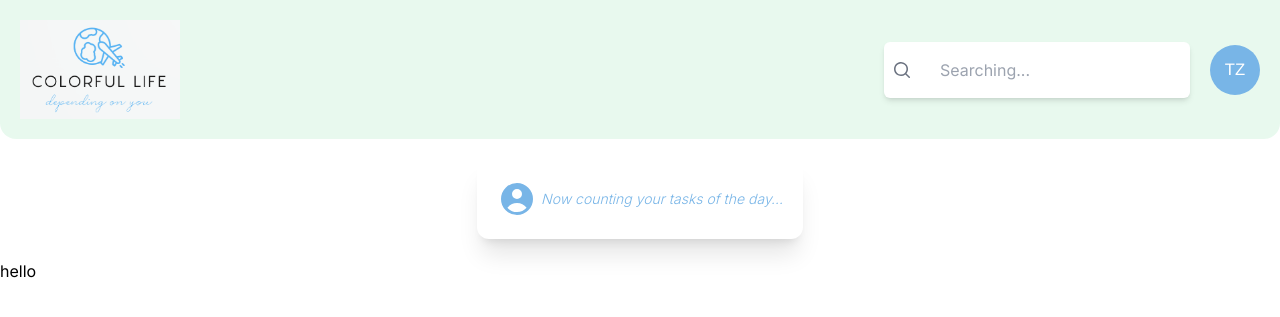
Repository: Tracy-maker/Kban
Page: /
An editor plug-in stored every save of this project. The page is shown before and after the next save, followed by the edit.
The browser window is 1280 px wide. The pictures show the whole page.
The project was rebuilt for these pictures with package versions that can differ from the ones it lists, and the page was loaded fresh each time. The framework's server and built-in components were replaced by stand-ins that run in the browser. Also part of the build but not shown: next.config.js.

Above is the page before, as saved 2023-08-23 18:25:11.

### app/layout.tsx
import './globals.css'
import type { Metadata } from 'next'
import { Inter } from 'next/font/google'

const inter = Inter({ subsets: ['latin'] })

export const metadata: Metadata = {
  title: 'Kanban Board',
  description: 'Generated by the Yix',
}

export default function RootLayout({
  children,
}: {
  children: React.ReactNode
}) {
  return (
    <html lang="en">
      <body className={inter.className}>{children}</body>
    </html>
  )
}

### app/page.tsx
import Header from "@/components/Header/Header";



export default function Home() {
  return (
    <main>

      <Header />
      <h1>hello</h1>
    </main>
  );
}

### components/Header/Header.tsx
"use client";
import React from "react";
import Image from "next/image";
import p1 from "@/components/assets/ad.png";
import { MagnifyingGlassIcon, UserCircleIcon } from "@heroicons/react/20/solid";
import Avatar from "react-avatar";

function Header() {
  return (
    <header>
      <div className="flex flex-col md:flex-row items-center p-5 bg-green-500/10 rounded-b-2xl">
        <Image
          className="w-40 md:w-50 pb-10 md:pb-0 object-contain"
          src={p1}
          alt="kanBan Logo"
          width={300}
          height={100}
        />
        <div className="flex items-center space-x-5 flex-1 justify-end w-full">
          <form className="flex items-center space-x-5 bg-white rounded-md p-2 shadow-md flex-1 md:flex-initial">
            <MagnifyingGlassIcon className="w-5 h-5 text-gray-500" />
            <input
              type="text"
              placeholder="Searching..."
              className="flex-1 outline-none p-2"
            />
            <button type="submit" hidden>
              Search
            </button>
          </form>
          <Avatar name="Tracy Z" round size="50" color="#78b5e7" />
        </div>
      </div>
      <div className="flex items-center justify-center px-5 py-2 md:py-5">
        <p className="flex items-center p-5 text-sm font-light pr-5 shadow-xl rounded-xl w-fit bg-white italic max-w-3xl text-[#78b5e7]">
          <UserCircleIcon className="inline-block h-10 w-10 text-[#78b5e7] mr-1"/>
          Now counting your tasks of the day...
        </p>
      </div>
    </header>
  );
}

export default Header;

Loaded but not shown: app/globals.css (common file); tailwind.config.ts (common file)

After the next save:
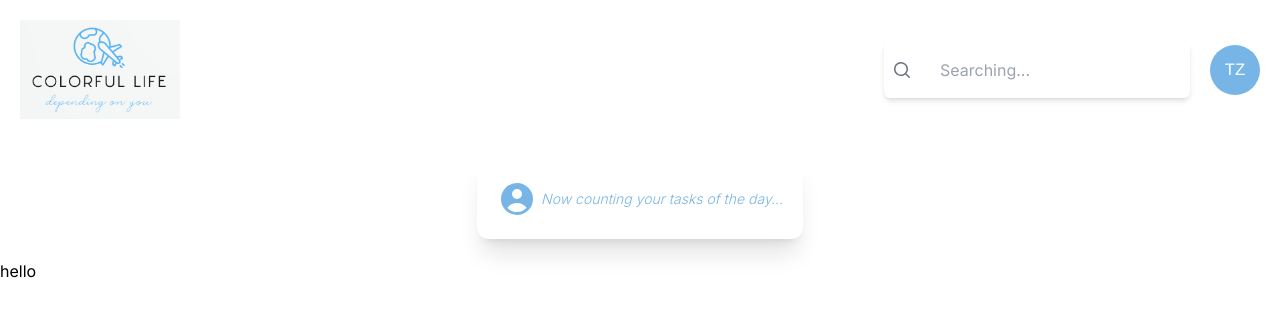
Saved 60 s later.
--- a/components/Header/Header.tsx
+++ b/components/Header/Header.tsx
@@ -8,7 +8,7 @@
 function Header() {
   return (
     <header>
-      <div className="flex flex-col md:flex-row items-center p-5 bg-green-500/10 rounded-b-2xl">
+      <div className="flex flex-col md:flex-row items-center p-5 bg-grey-500/10 rounded-b-2xl">
         <Image
           className="w-40 md:w-50 pb-10 md:pb-0 object-contain"
           src={p1}

After the 2 saves that followed:
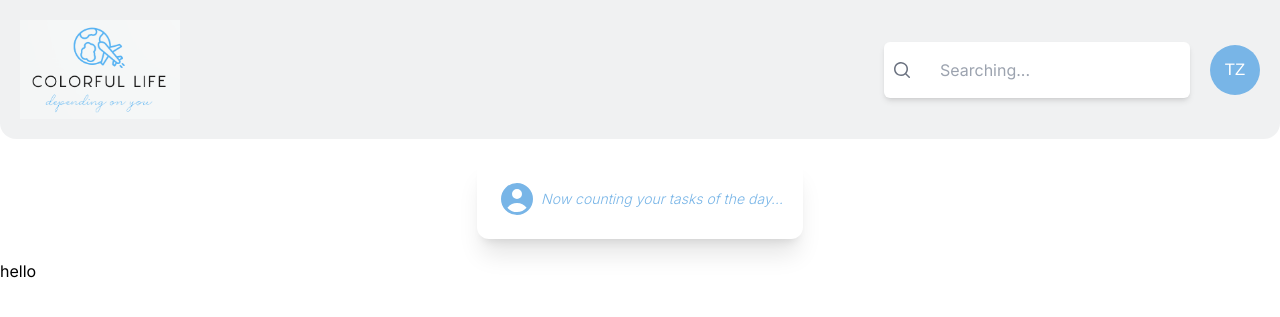
The 2 saves are shown as one change because 1 left the picture as it was.
The last was saved 10 s later.
--- a/components/Header/Header.tsx
+++ b/components/Header/Header.tsx
@@ -8,7 +8,7 @@
 function Header() {
   return (
     <header>
-      <div className="flex flex-col md:flex-row items-center p-5 bg-grey-500/10 rounded-b-2xl">
+      <div className="flex flex-col md:flex-row items-center p-5 bg-gray-500/10 rounded-b-2xl">
         <Image
           className="w-40 md:w-50 pb-10 md:pb-0 object-contain"
           src={p1}
